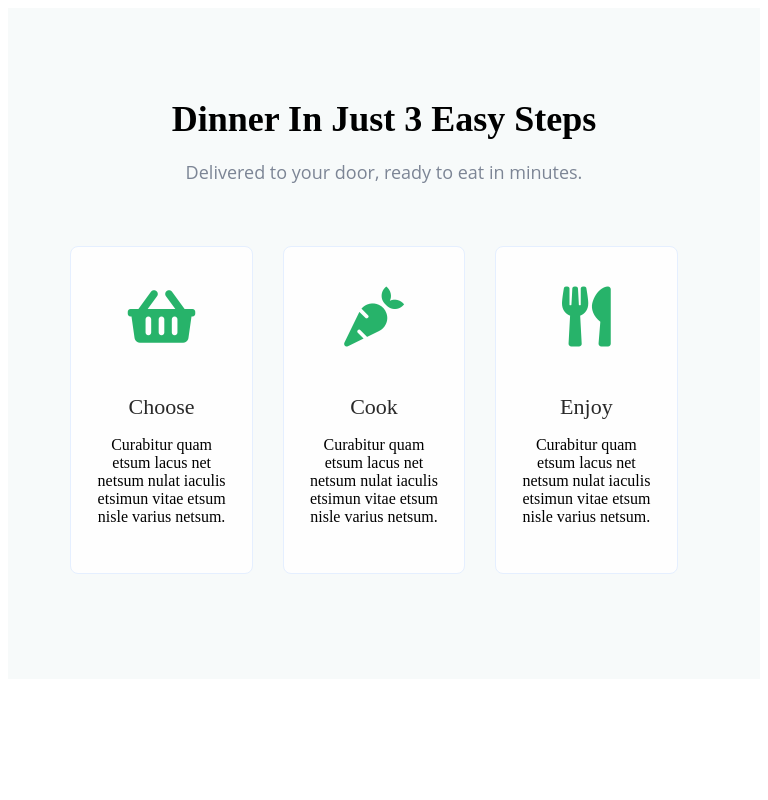
Repository: ST-United-Internship/leadpage
Page: card-UI.html
These files come from the project's save history. The page is drawn as it stood at one moment and after the next save; the edit follows.
The browser window is 768 px wide. The pictures show the whole page.

Above is the page before, as saved 2023-03-15 15:39:47.

### card-UI.html
<!DOCTYPE html>
<html lang="en">
<head>
    <meta charset="UTF-8">
    <meta http-equiv="X-UA-Compatible" content="IE=edge">
    <meta name="viewport" content="width=device-width, initial-scale=1.0">
    <title>Document</title>
    <link rel="stylesheet" href="css/card-UI.css">
    <link rel="stylesheet" href="css/common.css">
    <link rel="stylesheet" href="https://use.fontawesome.com/releases/v5.15.4/css/all.css" integrity="sha384-DyZ88mC6Up2uqS4h/KRgHuoeGwBcD4Ng9SiP4dIRy0EXTlnuz47vAwmeGwVChigm" crossorigin="anonymous"/>
</head>
<body>
        <section>
            <!--begin title-->
            <div class="about">
                <div class="row-title">
                    <div class="title-text">
                        <h2>Dinner In Just 3 Easy Steps</h2>
                        <p>Delivered to your door, ready to eat in minutes.</p>
                    </div>
                </div>
            </div>
            <!--begin card-->
            <div class="card-UI">
                <div class="about">
                    <div class="columm">
                        <div class="title-card">
                            <i class="fas fa-shopping-basket"></i>
                            <h3>Choose</h3>
                            <p>Curabitur quam etsum lacus net netsum nulat iaculis etsimun vitae etsum nisle varius netsum.</p>
                        </div>
                        <div class="title-card">
                            <i class="fas fa-carrot"></i>
                            <h3>Cook</h3>
                            <p>Curabitur quam etsum lacus net netsum nulat iaculis etsimun vitae etsum nisle varius netsum.</p>
                        </div>
                        <div class="title-card">
                            <i class="fas fa-utensils"></i>
                            <h3>Enjoy</h3>
                            <p>Curabitur quam etsum lacus net netsum nulat iaculis etsimun vitae etsum nisle varius netsum.</p>
                        </div>
                    </div>
                </div>
            </div>
        </section>
</body>
</html>

### css/card-UI.css
section{
    background: #f7fafa;
    padding: 90px 0 100px 0;
}

.about{
    background-color: #f7fafa;
}

.row-title{
    /* text-align: center; */
}
 .title-text{
    text-align: center;
    /* margin-right: -15px;
    margin-left: -15px; */
}

.about .row-title .title-text h2{
    font-size: 36px;
    margin-bottom: 10px;
    margin-top: 0px;
}

.about .row-title .title-text p{
    font-size: 18px;
    line-height: 28px;
    font-weight: 400;
    color: #7c8595;
    margin-bottom: 15px;
    font-family: 'Open Sans', sans-serif;
}

.card-UI{
    position: relative;
}

.card-UI .about .columm{
    display: flex;
    justify-content: center;
}

.title-card{
    position: relative;
    margin: 45px 25px 5px 5px;
    padding: 40px 15px 32px 15px;
    overflow: hidden;
    text-align: center;
    border: 1px solid #e5efff;
    background-color: #fefefe;
    border-radius: 8px 8px;
    transition: all 1s;
    width: 20%;
    height: 50%;

}

.title-card:hover{
    border: 1px solid #27b36a;
    transform: scale(1.05, 1.05);
}

.columm::after, ::before{
    box-sizing: border-box;
}

.card-UI .about .columm .title-card i{
    margin-bottom: 25px;
    font-size: 60px;
    color: #27b36a;
}

.card-UI .about .columm .title-card h3{
    font-size: 22px;
    font-weight: 500;
    color: #292929;
    margin-bottom: 15px;
}

.card-UI .about .columm .title-card p{
    padding: 0 10px;
    margin-bottom: 15px
}


@media only screen and (max-width:1000px) {
    .columm{
        display: flexbox;
    }
}

### css/common.css
.container {
  max-width: 80%;
  margin: auto;
  border: 1px solid blue;
}
.card {
  width: 400px;
}
.space-vertical {
  padding: 20px 0;
}

.space-horizontal {
  padding: 0 20px;
}

*,
**,
*::before,
*::after {
  box-sizing: border-box;
}

After the next save:
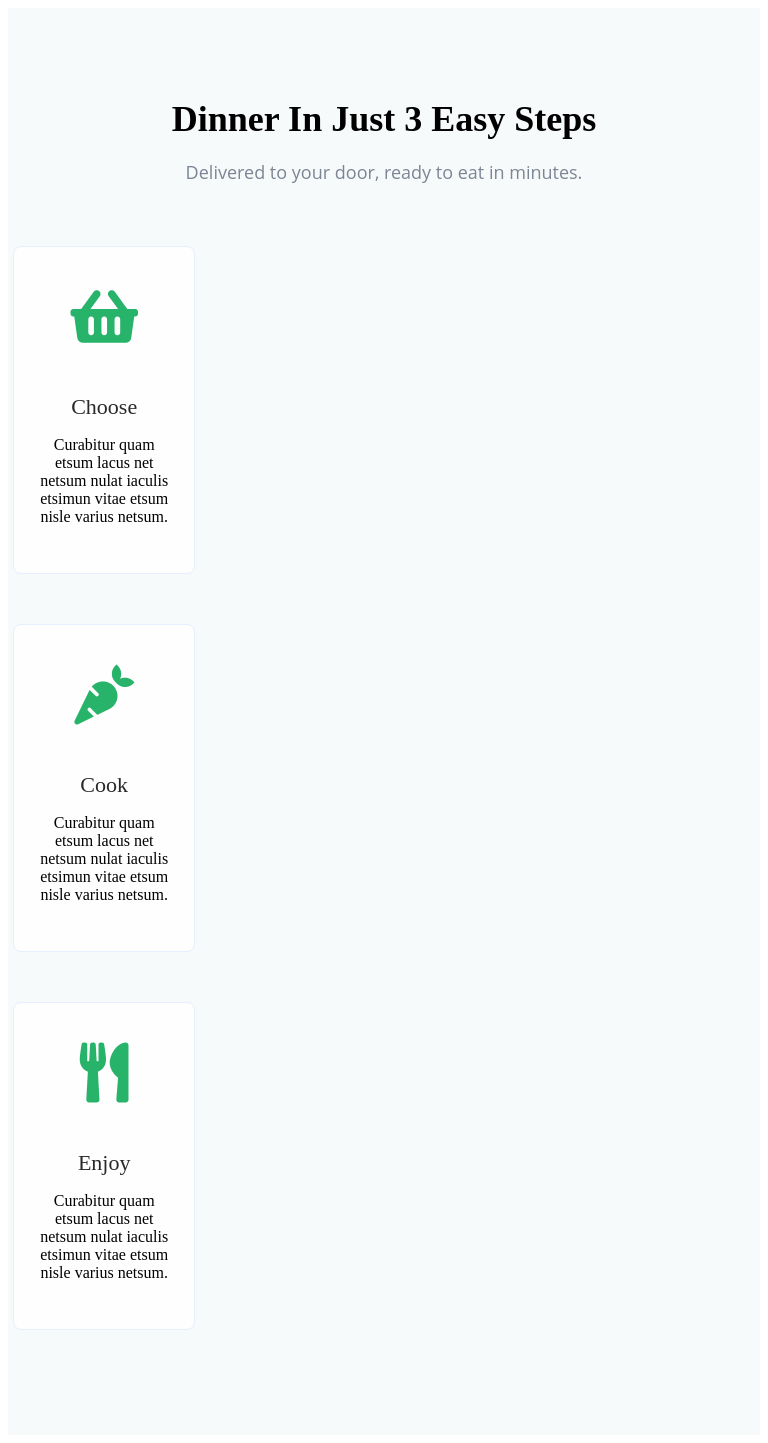
Saved 14 s later.
--- a/css/card-UI.css
+++ b/css/card-UI.css
@@ -85,6 +85,6 @@ section{
 
 @media only screen and (max-width:1000px) {
     .columm{
-        display: flexbox;
+        flex-direction: column;
     }
 }
